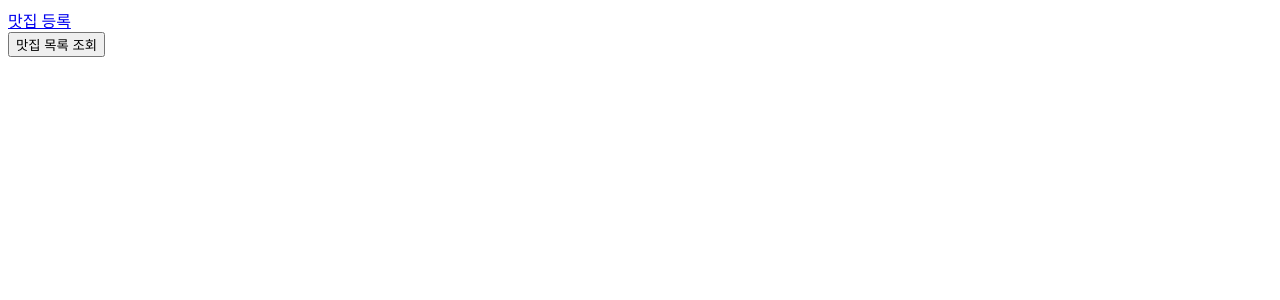
Repository: parkgun6/model2_study
Page: http://localhost/store/
The author's editor kept a copy of each file at every save. The page is drawn from the files as they stood at one save, then again after the next save.
The browser window is 1280 px wide. The pictures show the whole page.
The page is served by Tomcat 9.

Above is the page before, as saved 2021-01-20 10:00:58.

### store/WebContent/index.jsp
<%@ page language="java" contentType="text/html; charset=UTF-8"
	pageEncoding="UTF-8"%>

<!DOCTYPE html>
<html>
<head>
<meta charset="UTF-8">
<title>Insert title here</title>
</head>
<body>
	<a href="/store/register.jsp">맛집 등록</a>
	<form action="/store/list.jsp" target="_blank">
		<button>맛집 목록 조회</button>
	</form>


</body>
</html>

After the next save:
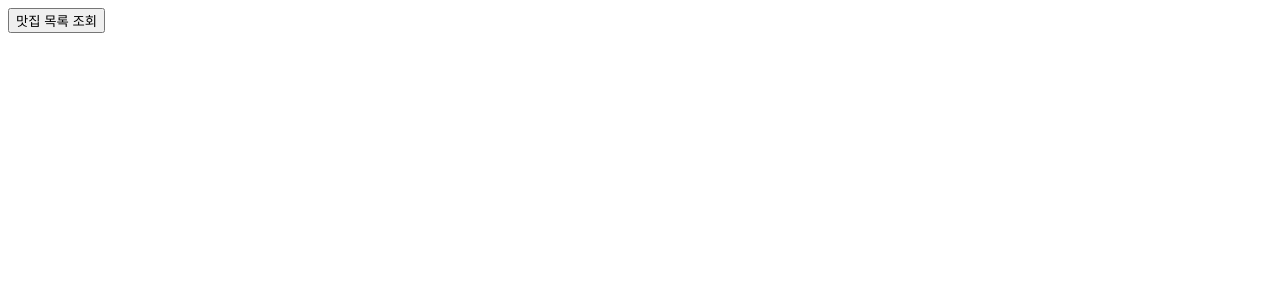
Saved 38 s later.
--- a/store/WebContent/index.jsp
+++ b/store/WebContent/index.jsp
@@ -8,7 +8,7 @@
 <title>Insert title here</title>
 </head>
 <body>
-	<a href="/store/register.jsp">맛집 등록</a>
+
 	<form action="/store/list.jsp" target="_blank">
 		<button>맛집 목록 조회</button>
 	</form>
